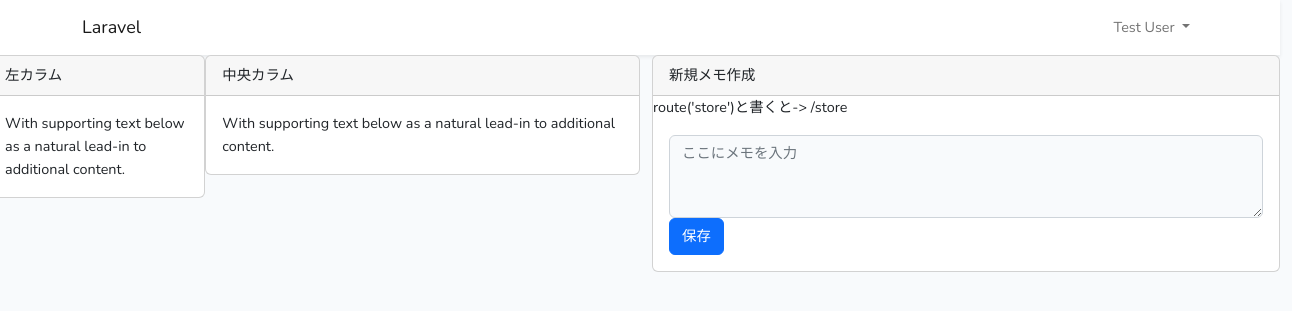
Repository: OkunoTaichi/laravel-simple-memo
Page: http://localhost/home
The author's editor kept a copy of each file at every save. The page is drawn from the files as they stood at one save, then again after the next save.
The browser window is 1280 px wide. The page is 1292 px wide, so the pictures cover 1292 px, including what lies to the right of the window. The pictures show the whole page.
The page is served by the project's Laravel application, run on PHP 8.4 with Laravel 8. A made-up administrator, Test User (test@example.com), is signed in. Other server files are loaded and not shown. Queries for data that is not in the repository find no rows.

Above is the page before, as saved 2022-11-09 22:25:22.

### app/Providers/AppServiceProvider.php
<?php

namespace App\Providers;

use Illuminate\Support\ServiceProvider;
use App\Models\Memo;

class AppServiceProvider extends ServiceProvider
{
    /**
     * Register any application services.
     *
     * @return void
     */
    public function register()
    {
        //
    }

    /**
     * Bootstrap any application services.
     *
     * @return void
     */
    public function boot()
    {
        // 全てのメソッドが呼ばれる前より先に呼ばれるメソッド
        view()->composer('*' , function($view){
            $memos = Memo::select('memos.*')
                ->where('user_id', '=' , \Auth::id())//ユーザーIDとログインしているIDが同じもので
                ->whereNull('deleted_at')//デリートの履歴がないもので
                ->orderBy('updated_at', 'DESC')//アップデートされた日時が新しいものから
                ->get();// DBに架空のデータを作成し、上記の項目が正しくできているか確認する。

            $view->with('memos', $memos);
        });

    }
}

### routes/web.php
<?php

use Illuminate\Support\Facades\Route;
use App\Http\Controllers\HomeController;
/*
|--------------------------------------------------------------------------
| Web Routes
|--------------------------------------------------------------------------
|
| Here is where you can register web routes for your application. These
| routes are loaded by the RouteServiceProvider within a group which
| contains the "web" middleware group. Now create something great!
|
*/

Route::get('/', function () {
    return view('welcome');
});

Auth::routes();

Route::get('/home', [HomeController::class, 'index'])->name('home');
Route::post('/store', [HomeController::class, 'store'])->name('store');

### app/Http/Controllers/HomeController.php
<?php

namespace App\Http\Controllers;

use Illuminate\Http\Request;

class HomeController extends Controller
{
    /**
     * Create a new controller instance.
     *
     * @return void
     */
    public function __construct()
    {
        $this->middleware('auth');
    }

    /**
     * Show the application dashboard.
     *
     * @return \Illuminate\Contracts\Support\Renderable
     */
    public function index()
    {
        return view('create');
    }
}

### resources/views/create.blade.php
@extends('layouts.app')

@section('content')
<div class="card">
    <div class="card-header">新規メモ作成</div>
    route('store')と書くと-> /store
    <form class="card-body" action="{{ route('store') }}" method="POST">
        @csrf
        <div class="form-group">
            <textarea class="form-control" name="content" rows="3" placeholder="ここにメモを入力"></textarea>
        </div>
        <button type="submit" class="btn btn-primary">保存</button>
    </form>
</div>
@endsection

### resources/views/layouts/app.blade.php
<!doctype html>
<html lang="{{ str_replace('_', '-', app()->getLocale()) }}">
<head>
    <meta charset="utf-8">
    <meta name="viewport" content="width=device-width, initial-scale=1">

    <!-- CSRF Token -->
    <meta name="csrf-token" content="{{ csrf_token() }}">

    <title>{{ config('app.name', 'Laravel') }}</title>

    <!-- Scripts -->
    <script src="{{ asset('js/app.js') }}" defer></script>

    <!-- Fonts -->
    <link rel="dns-prefetch" href="//fonts.gstatic.com">
    <link href="https://fonts.googleapis.com/css?family=Nunito" rel="stylesheet">

    <!-- Styles -->
    <link href="{{ asset('css/app.css') }}" rel="stylesheet">
</head>
<body>
    <div id="app">
        <nav class="navbar navbar-expand-md navbar-light bg-white shadow-sm">
            <div class="container">
                <a class="navbar-brand" href="{{ url('/') }}">
                    {{ config('app.name', 'Laravel') }}
                </a>
                <button class="navbar-toggler" type="button" data-bs-toggle="collapse" data-bs-target="#navbarSupportedContent" aria-controls="navbarSupportedContent" aria-expanded="false" aria-label="{{ __('Toggle navigation') }}">
                    <span class="navbar-toggler-icon"></span>
                </button>

                <div class="collapse navbar-collapse" id="navbarSupportedContent">
                    <!-- Left Side Of Navbar -->
                    <ul class="navbar-nav me-auto">

                    </ul>

                    <!-- Right Side Of Navbar -->
                    <ul class="navbar-nav ms-auto">
                        <!-- Authentication Links -->
                        @guest
                            @if (Route::has('login'))
                                <li class="nav-item">
                                    <a class="nav-link" href="{{ route('login') }}">{{ __('Login') }}</a>
                                </li>
                            @endif

                            @if (Route::has('register'))
                                <li class="nav-item">
                                    <a class="nav-link" href="{{ route('register') }}">{{ __('Register') }}</a>
                                </li>
                            @endif
                        @else
                            <li class="nav-item dropdown">
                                <a id="navbarDropdown" class="nav-link dropdown-toggle" href="#" role="button" data-bs-toggle="dropdown" aria-haspopup="true" aria-expanded="false" v-pre>
                                    {{ Auth::user()->name }}
                                </a>

                                <div class="dropdown-menu dropdown-menu-end" aria-labelledby="navbarDropdown">
                                    <a class="dropdown-item" href="{{ route('logout') }}"
                                       onclick="event.preventDefault();
                                                     document.getElementById('logout-form').submit();">
                                        {{ __('Logout') }}
                                    </a>

                                    <form id="logout-form" action="{{ route('logout') }}" method="POST" class="d-none">
                                        @csrf
                                    </form>
                                </div>
                            </li>
                        @endguest
                    </ul>
                </div>
            </div>
        </nav>

        <!-- 3カラムに変更 -->
        <main class="">
            <div class="row">
                <div class="col-md-2 p-0">
                    <div class="card">
                        <div class="card-header">左カラム</div>
                        <div class="card-body">
                            <p class="card-text">With supporting text below as a natural lead-in to additional content.</p>
                        </div>
                    </div>
                </div>
                <div class="col-md-4 p-0">
                    <div class="card">
                        <div class="card-header">中央カラム</div>
                        <div class="card-body">
                            <p class="card-text">With supporting text below as a natural lead-in to additional content.</p>
                        </div>
                    </div>
                </div>
                <div class="col-md-6">
                    @yield('content')
                </div>
            </div>
        </main>
    </div>
</body>
</html>

Loaded but not shown: app/Http/Controllers/Auth/ConfirmPasswordController.php (common file); app/Http/Controllers/Controller.php (common file); app/Models/User.php (common file); app/Models/Memo.php (common file); public/css/app.css (library)

After the next save:
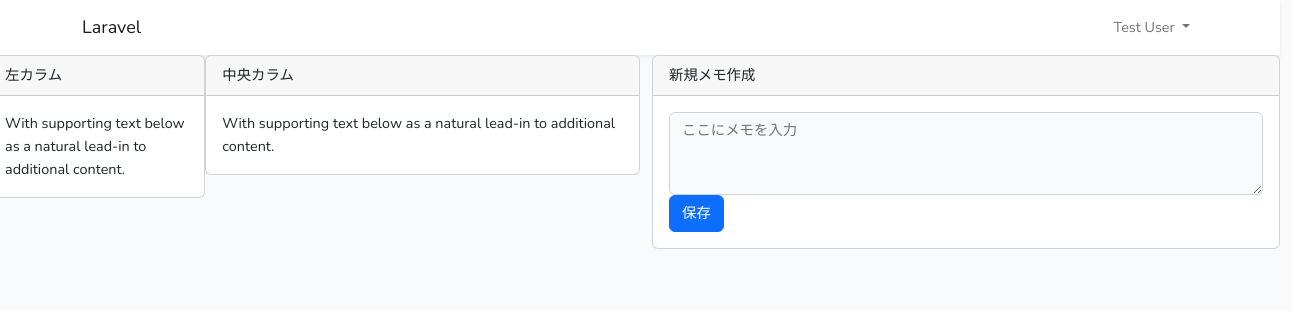
Saved 6 s later.
--- a/resources/views/create.blade.php
+++ b/resources/views/create.blade.php
@@ -3,7 +3,7 @@
 @section('content')
 <div class="card">
     <div class="card-header">新規メモ作成</div>
-    route('store')と書くと-> /store
+    <!-- route('store')と書くと-> /store -->
     <form class="card-body" action="{{ route('store') }}" method="POST">
         @csrf
         <div class="form-group">
